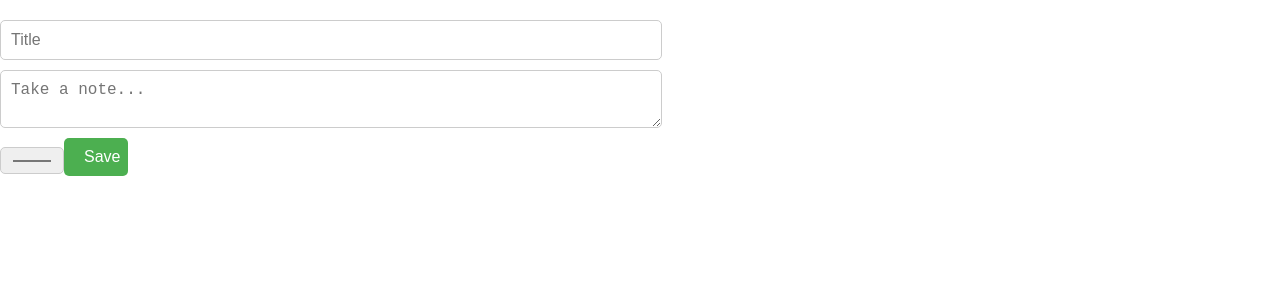
Repository: drumsmanku/google-keep-clone-1
Page: /
The author's editor kept a copy of each file at every save. The page is drawn from the files as they stood at one save, then again after the next save.
The browser window is 1280 px wide. The pictures show the whole page.
The project was rebuilt for these pictures with package versions that can differ from the ones it lists, and the page was loaded fresh each time. Also part of the build but not shown: src/Components/Note.css, src/Components/Note.js, src/App.css.

Above is the page before, as saved 2023-12-22 22:22:39.

After the next save:
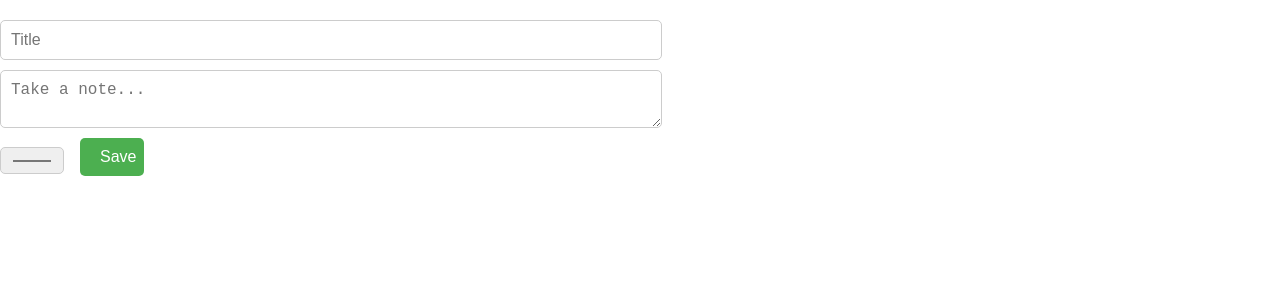
Saved 34 s later.
--- a/src/Components/NoteForm.css
+++ b/src/Components/NoteForm.css
@@ -21,6 +21,7 @@
   font-size: 16px;
   border: 1px solid #ccc;
   border-radius: 5px;
+  margin-right: 1rem;
 }
 
 .note-form button {
